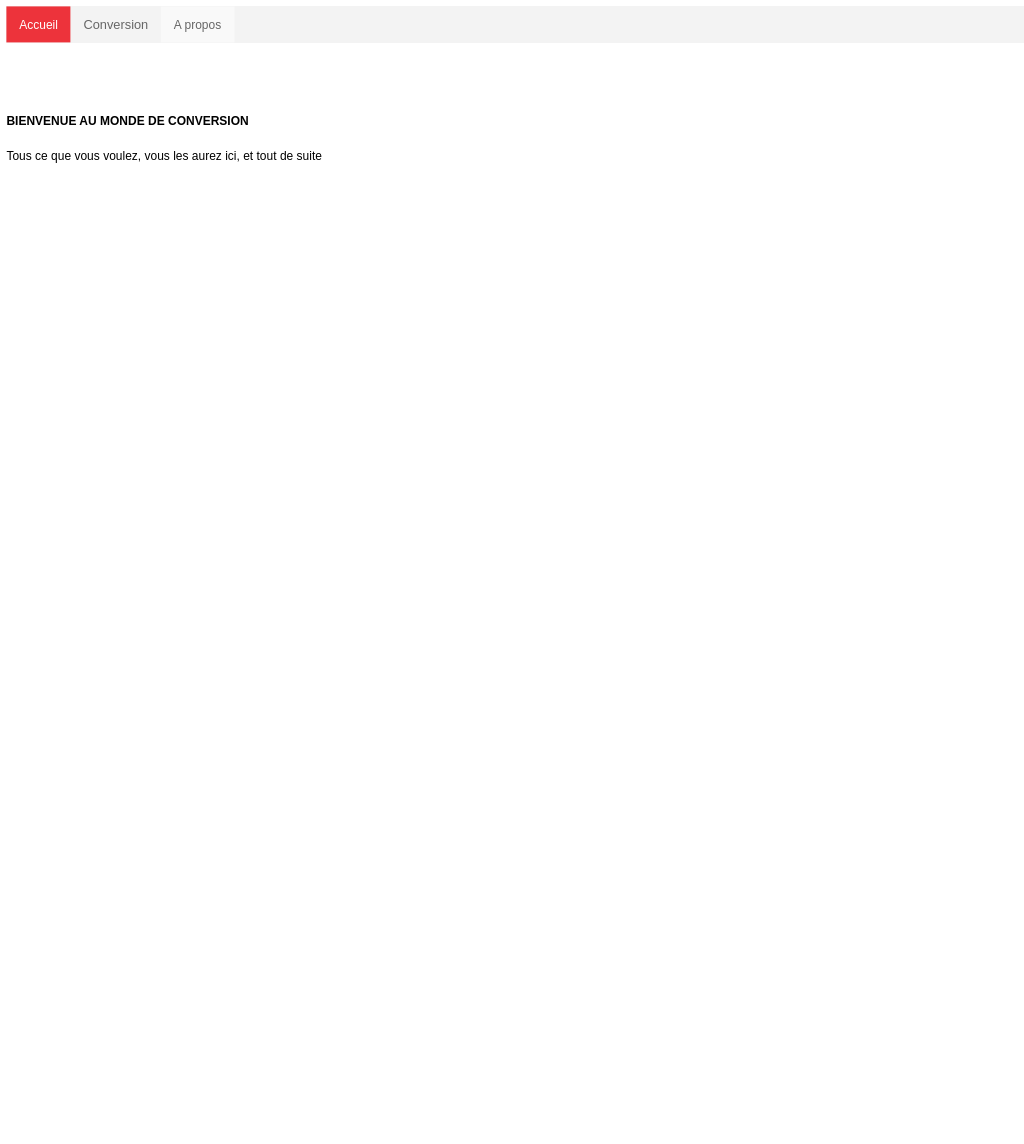
Repository: Santatrasoa/six
Page: Conversion/Conversion/src/main/webapp/index.html
These files come from the project's save history. The page is drawn as it stood at one moment and after the next save; the edit follows.
The browser window is 1280 px wide. The pictures show the whole page, at 80% of full size.

Above is the page before, as saved 2024-04-10 10:00:08.

### Conversion/Conversion/src/main/webapp/index.html
<!DOCTYPE html>
<html lang="en">

<head>
	<meta charset="UTF-8">
	<meta http-equiv="X-UA-Compatible" content="IE=edge">
	<meta name="viewport" content="width=device-width, initial-scale=1.0">
	<title>Acceuil</title>
	<link rel="stylesheet" href="style.css" type="text/css">
</head>

<body>
	<ul>
		<li><a class="active" href="index.html">Accueil</a></li>
		<li class="notHidden">
			<div class="dropdown">
				<button class="dropbtn">Conversion</button>
				<div class="dropdown-content">
					<a style="text-align: left;" href="temperature.jsp">temperature</a>
					<a style="text-align: left;" href="poid.jsp">Poid</a>
					<a style="text-align: left;" href="longueur.jsp">longueur</a>
				</div>
			</div>
		</li>
		<li><a href="detail.html">A propos</a></li>
	</ul>

	<br><br>

	<div style="margin-top: 100px" class="acceuil">
		<h1 >
			BIENVENUE AU MONDE DE CONVERSION
		</h1>
		<br>
		<span> Tous ce que vous voulez, vous les aurez ici, et tout de suite </span>
	</div>
</body>

</html>

### Conversion/Conversion/src/main/webapp/style.css
* {
  padding: 0px;
  font-family: Arial, Helvetica, sans-serif;
  font-size: 15px;
}

body{
	flex-direction: column;
}

ul {
  margin: 50px;
  list-style-type: none;
  margin: 0px;
  padding: 0px;
  /* border: 1px solid #f3f3f3; */
  background-color: #f3f3f3;
  position: fixed;
  width: 100%;
}

li {
  float: left;
}

li a {
  display: block;
  color: #666;
  background-color: #f9f9f9;
  text-align: center;
  padding: 14px 16px;
  text-decoration: none;
}

li a:hover:not(.active) {
  background-color: #ddd;
}

li a.active {
  color: white;
  background-color: rgb(237, 51, 59);
}

.dropbtn {
  background-color: transparent;
  padding: 14px 16px;
  color: #666;
  font-size: 16px;
  border: none;
  cursor: pointer;
}

.dropdown {
  position: relative;
  display: inline-block;
}

.dropdown-content {
  display: none;
  position: absolute;
  background-color: #f9f9f9;
  min-width: 160px;
  box-shadow: 0px 8px 16px 0px rgba(0, 0, 0, 0.2);
  z-index: 1;
}

.dropdown-content a {
  color: black;
  padding: 12px 16px;
  text-decoration: none;
  display: block;
}


.dropdown-content a:hover {
  background-color: #f1f1f1
}

.dropdown:hover .dropdown-content {
  display: block;
}

.dropdown:hover .dropbtn {
  background-color: #ddd;
}

input[type=number] {
  width: 30%;
  padding: 12px 20px;
  margin: 8px 0;
  box-sizing: border-box;
  border: 3px solid #ccc;
  -webkit-transition: 0.5s;
  transition: 0.5s;
  outline: none;
}

input[type=submit]{
	float: left;
	width: 10%;
  	padding: 12px 20px;
 	margin: 8px 0;
  	box-sizing: border-box;
  	outline: none;
}

select {
  width: 30%;
  padding: 16px 20px;
  border: none;
  border-radius: 4px;
  background-color: #f1f1f1;
}

.acceuil {
	width: 90vh;
	height: 100vw;
	display: block;
	align-items: center;
	justify-content: center;
}

After the next save:
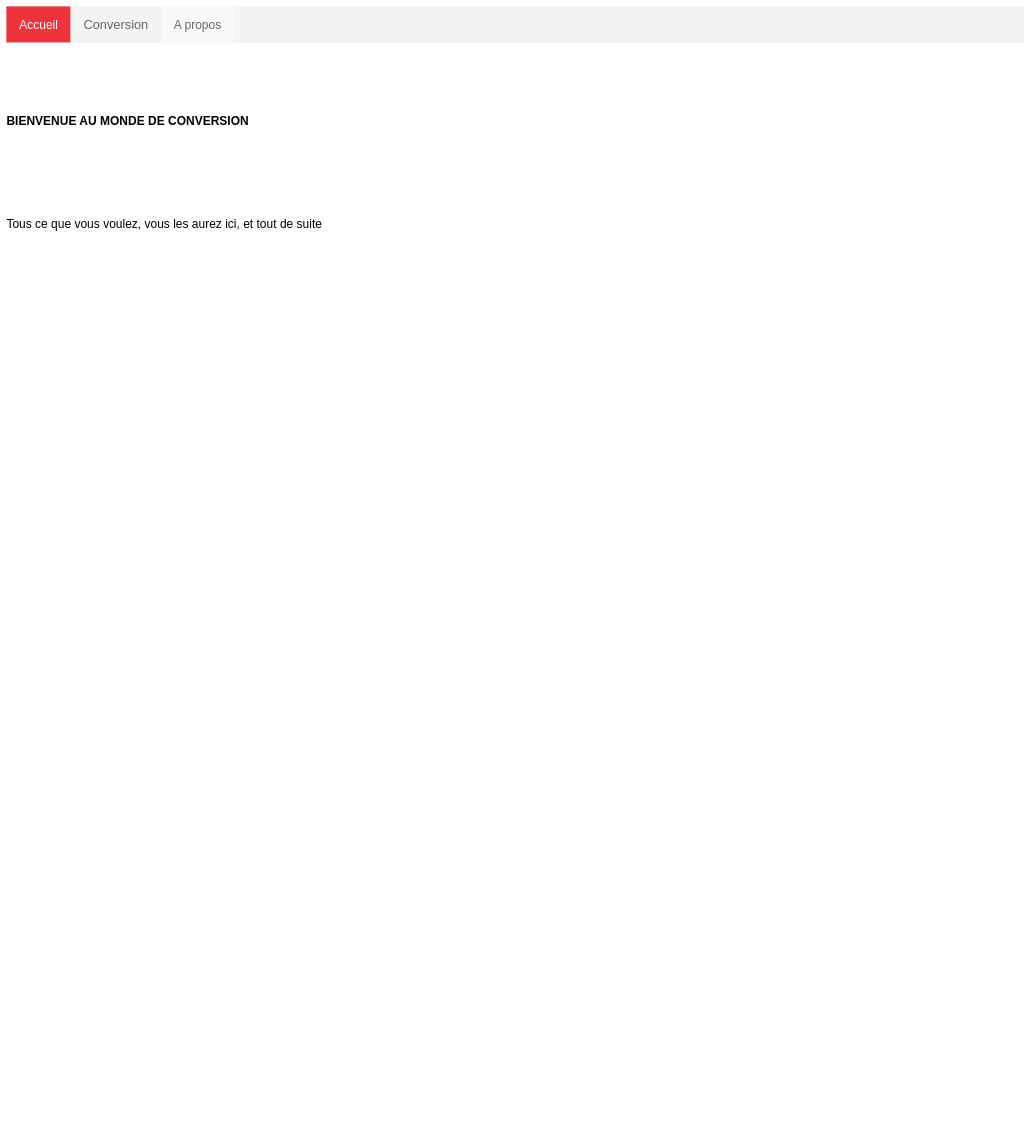
Saved 26 s later.
--- a/Conversion/Conversion/src/main/webapp/index.html
+++ b/Conversion/Conversion/src/main/webapp/index.html
@@ -31,7 +31,7 @@
 		<h1 >
 			BIENVENUE AU MONDE DE CONVERSION
 		</h1>
-		<br>
+		<br><br><br><br><br><br>
 		<span> Tous ce que vous voulez, vous les aurez ici, et tout de suite </span>
 	</div>
 </body>
